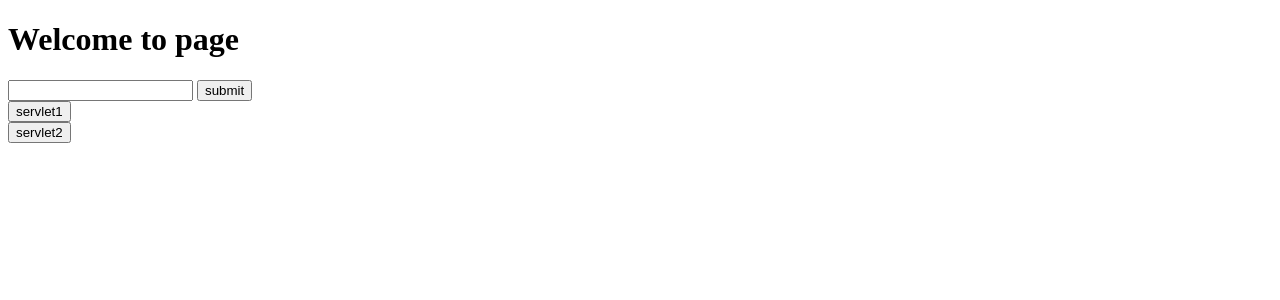
Repository: ankitaunhalkar/Bridgelabz-Servlet
Page: Servlet/WebContent/index.html
These files come from the project's save history. The page is drawn as it stood at one moment and after the next save; the edit follows.
The browser window is 1280 px wide. The pictures show the whole page.

Above is the page before, as saved 2018-05-21 06:11:02.

After the next save:
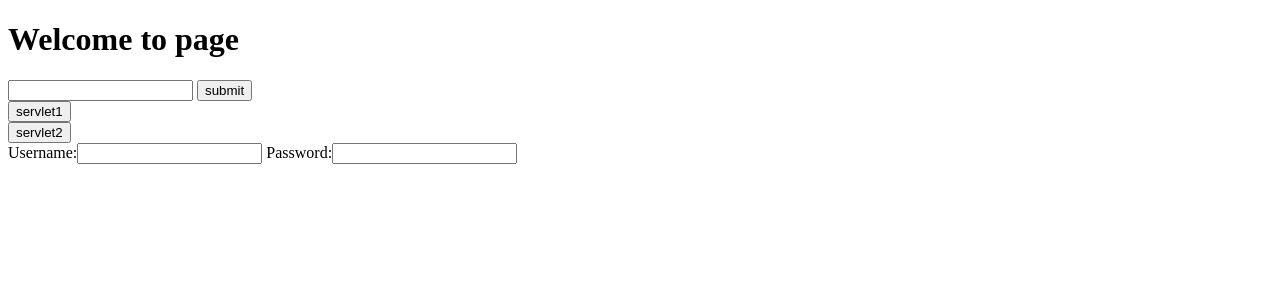
Saved 2 min 47 s later.
--- a/Servlet/WebContent/index.html
+++ b/Servlet/WebContent/index.html
@@ -20,5 +20,10 @@
 <form action="Servlet2">
 <input type="submit" value="servlet2"/>
 </form>
+
+<form action="">
+Username:<input type = "text" name="user">
+Password:<input type = "password" name="pass">
+</form>
 </body>
 </html>
